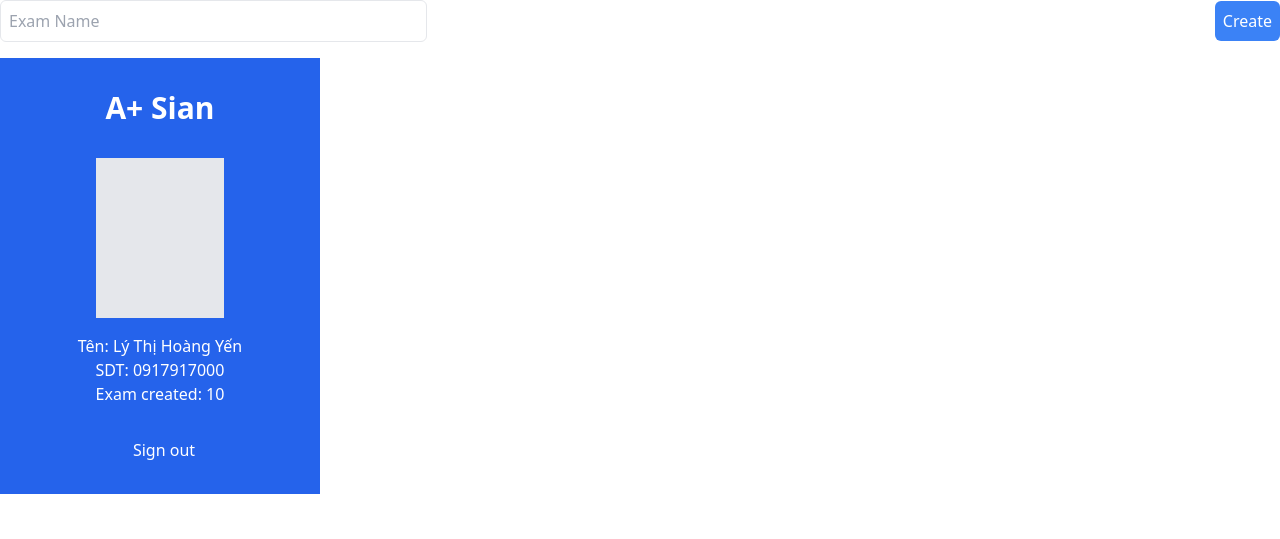
Repository: LyThiHoangYen/A_client
Page: / (app in online-exam-system-frontend/)
An editor plug-in stored every save of this project. The page is shown before and after a run of saves, followed by the edit.
The browser window is 1280 px wide. The pictures show the whole page.
The project was rebuilt for these pictures with package versions that can differ from the ones it lists, and the page was loaded fresh each time.

Above is the page before, as saved 2024-10-23 13:27:47.

After the next 2 saves:
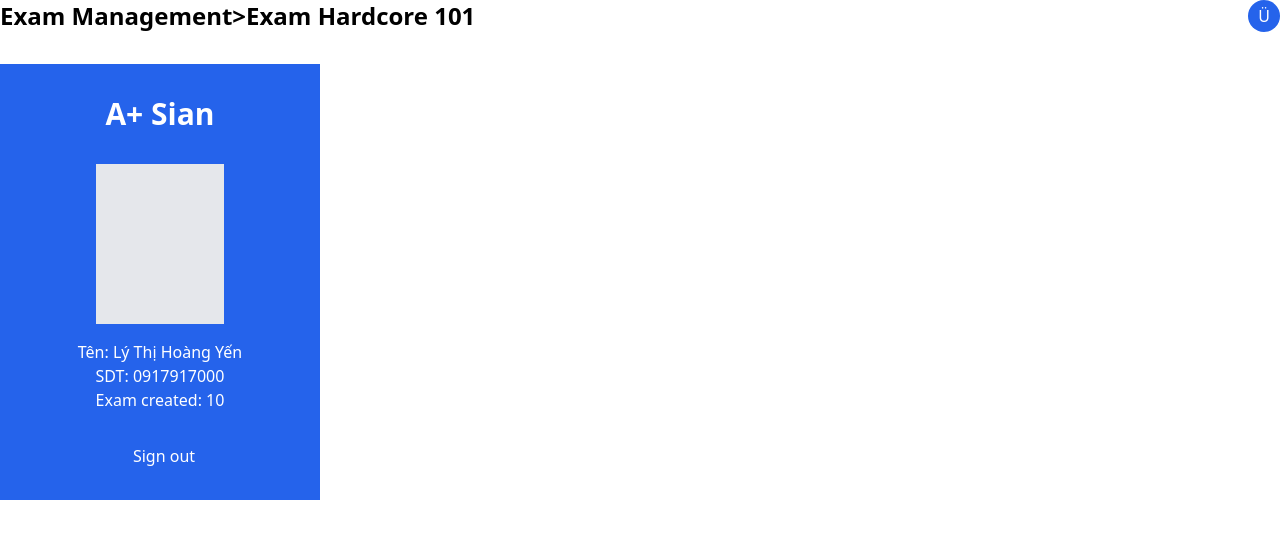
The 2 saves are shown as one change because they came seconds apart.
The last was saved 27 s later.
--- a/online-exam-system-frontend/src/components/header.js
+++ b/online-exam-system-frontend/src/components/header.js
@@ -1,12 +1,13 @@
 function Header () {
     return (
-      <div className="flex justify-between items-center mb-4">
-        <input
-          type="text"
-          placeholder="Exam Name"
-          className="border p-2 rounded-md w-1/3"
-        />
-        <button className="bg-blue-500 text-white p-2 rounded-md">Create</button>
+        <div className="flex justify-between items-center mb-8">
+        <h1 className="text-2xl font-bold">Exam Management&gt;Exam Hardcore 101</h1>
+        <div className="flex items-center space-x-4">
+          <i className="fas fa-bell text-blue-600 text-xl"></i>
+          <div className="bg-blue-600 text-white rounded-full w-8 h-8 flex items-center justify-center">
+            Ü
+          </div>
+        </div>
       </div>
     );
   };
